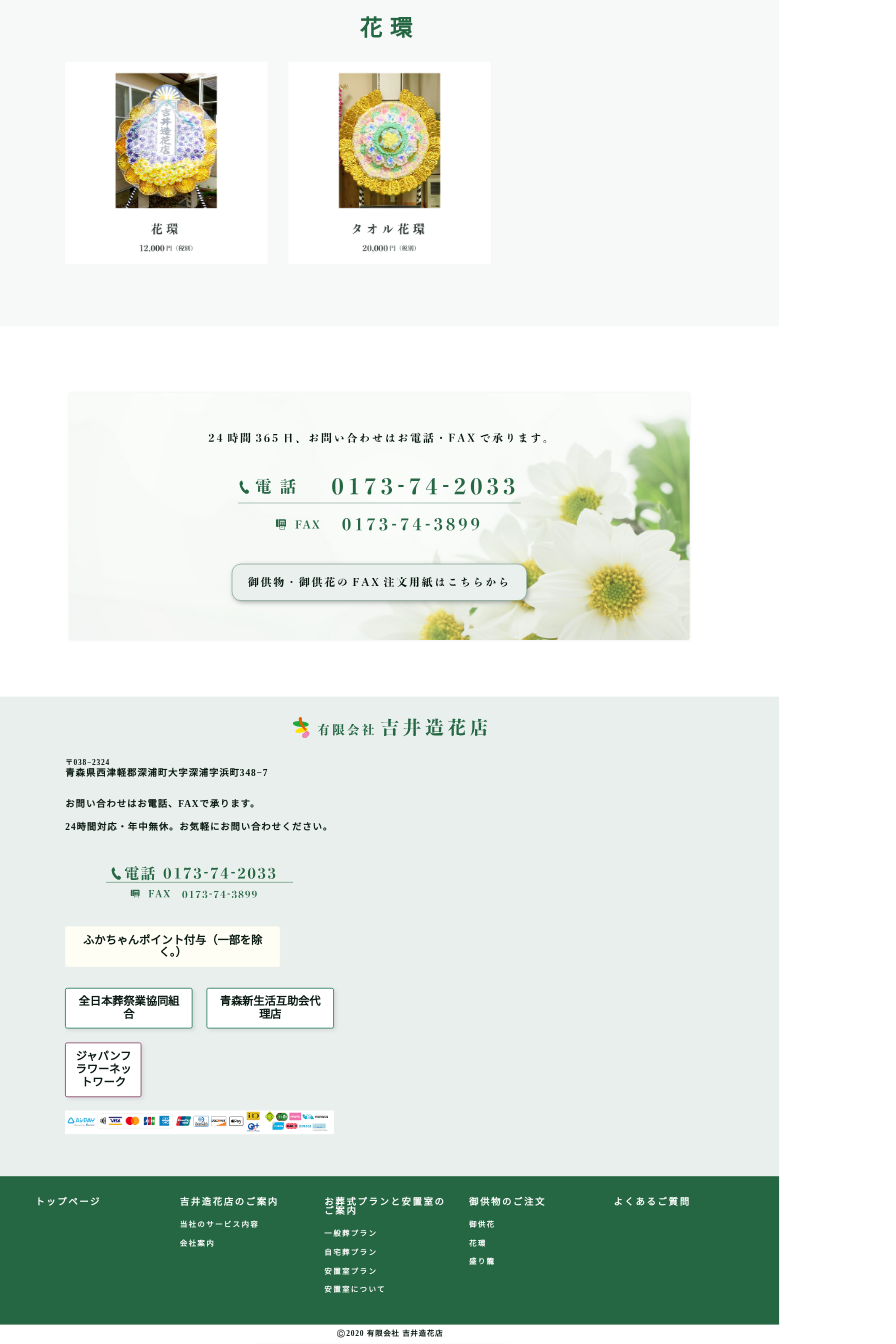
Repository: plus-agc-service-yamauchi/yoshii_scratch_ver3
Page: order.html
An editor plug-in stored every save of this project. The page is shown before and after the next save, followed by the edit.
The browser window is 1280 px wide. The pictures show the part of the page from y = 2095 to 4015 px (the page is 4015 px tall before and 3996 px after), at 70% of full size.
Pictures or frames that could not be fetched are drawn as grey boxes. Some web libraries are served in a nearby version. The style sheet was rebuilt from its Sass, Less or Tailwind sources for each picture, by a compiler version that may differ from the author's.

Above is the page before, as saved 2021-02-04 16:08:54.
Console error (its wording comes from the project's code and is left out).

### order.html
<!DOCTYPE html>
<html lang="ja">

<head>
    <title>御供物・御供花のご注文 | 吉井造花店</title>
    <meta name="description" content="1935（昭和8）年創業。深浦町の皆様に支えられて８０有余年。時代の流れに合わせた様々なお葬式に、まごころ込めてご奉仕させていただきます。">
    <meta charset="utf-8" />
    <meta name="viewport" content="width=device-width, initial-scale=1" />
    <meta property="og:title" content="">
    <meta property="og:type" content="">
    <meta property="og:url" content="">
    <meta property="og:image" content="">
    <link rel="manifest" href="site.webmanifest">
    <link rel="apple-touch-icon" href="icon.png">
    <link rel="icon" type="image/x-icon" href="favicon.ico">
    <link rel="stylesheet" href="css/style.min.css" />
    <link rel="stylesheet" href="css/order.min.css">
    <link rel="stylesheet" href="css/common.min.css" />
    <link rel="stylesheet" href="css/destyle.css" />
</head>

<body>
    <header>
        <!-- SP ヘッダーバー -->
        <div id="headbar">
            <p class="text-main"><a href="index.html"><span>有限会社</span> 吉井造花店</a></p>
        </div>
        <!-- ドロワーナビゲーション -->
        <div id="navArea">
            <nav>
                <div class="inner">
                    <ul class="menu_list">
                        <li><a href="index.html">トップページ</a></li>
                        <li class="nav_item">
                            <a href="#" class="js-dropdown">吉井造花店のご案内<span>&#9662;</span></a>
                            <div class="panel js-dropdown-menu">
                                <ul class="panel-inner">
                                    <li class="panel_item">
                                        <a href="about.html">吉井造花店について</a>
                                    </li>
                                    <li class="panel_item">
                                        <a href="about.html#anchor_1">当社のサービス内容</a>
                                    </li>
                                    <li class="panel_item">
                                        <a href="about.html#anchor_2">会社案内</a>
                                    </li>
                                </ul>
                            </div>
                        </li>
                        <li class="nav_item">
                            <a href="#" class="js-dropdown">お葬式プランと安置室のご案内<span>&#9662;</span></a>
                            <div class="panel js-dropdown-menu">
                                <ul class="panel-inner">
                                    <li class="panel_item">
                                        <a href="plan.html">お葬式プランと安置室のご案内</a>
                                    </li>
                                    <li class="panel_item">
                                        <a href="plan.html#anchor_1">一般葬プラン</a>
                                    </li>
                                    <li class="panel_item">
                                        <a href="plan.html#anchor_2">自宅葬プラン</a>
                                    </li>
                                    <li class="panel_item">
                                        <a href="plan.html#anchor_3">安置室プラン</a>
                                    </li>
                                    <li class="panel_item">
                                        <a href="plan.html#anchor_4">安置室について</a>
                                    </li>
                                </ul>
                            </div>
                        </li>
                        <li class="nav_item">
                            <a href="#" class="js-dropdown">御供物・御供花のご注文<span>&#9662;</span></a>
                            <div class="panel js-dropdown-menu">
                                <ul class="panel-inner">
                                    <li class="panel_item">
                                        <a href="order.html">御供物・御供花のご注文</a>
                                    </li>
                                    <li class="panel_item">
                                        <a href="order.html#anchor_1">御供花</a>
                                    </li>
                                    <li class="panel_item">
                                        <a href="order.html#anchor_2">花環</a>
                                    </li>
                                    <li class="panel_item">
                                        <a href="order.html#anchor_3">盛り籠</a>
                                    </li>
                                </ul>
                            </div>
                        </li>
                        <li><a href="faq.html">よくあるご質問</a></li>
                    </ul>
                    <div class="sp-call spVisible tabHidden pcHidden">
                        <p>24時間365日<br>お問い合わせはお電話・FAXで承ります。</p>
                        <p>お問い合わせはこちら</p>
                        <p><a href="tel:0173-74-2033">&phone; 0173-74-2033</a></p>
                    </div>
                </div>
            </nav>
            <!-- ナビゲーショントグル -->
            <div class="toggle_btn">
                <span></span>
                <span></span>
                <span></span>
            </div>
            <div id="mask"></div>
        </div>
    </header>
    <main>
        <div class="wrapper">
            <div class="left">
                <div class="bg-sub pb30">
                    <div class="mustHead">
                        <img src="img/order_musthead.jpg" alt="御供物・御供花のご注文" class="img100" />
                        <div>
                            <h1>御供物・御供花のご注文</h1>
                        </div>
                    </div>
                    <!-- メインコンテンツ -->
                    <div class="container">
                        <div class="top text-sp-left text-tab-center text-pc-center">
                            <div class="spVisible tabHidden pcHidden">
                                当社では、御供花や御供物、盛り籠のご注文も承ります。掲載は一部の商品です。ご予算に応じて承りますので、お気軽にお問い合わせください。また、花束やアレンジフラワー、鉢植え等もご用意しております。
                            </div>
                            <div class="spHidden tabVisible pcVisible">
                                <p>
                                    当社では、御供花や御供物、盛り籠のご注文も承ります。掲載は一部の商品です。
                                </p>
                                <p>
                                    ご予算に応じて承りますので、お気軽にお問い合わせください。
                                </p>
                                <p>
                                    また、花束やアレンジフラワー、鉢植え等もご用意しております。
                                </p>
                            </div>
                        </div>
                        <div class="text-sp-center text-tab-center text-pc-center mt50 mb30">
                            <h2 id="anchor_1" class="text-main font48">御供花</h2>
                        </div>
                        <div class="grid-sp-1 grid-tab-2 grid-pc-3 grid-row-gap50 grid-col-gap30 mb30">
                            <div>
                                <img src="img/kyouka_1.jpg" alt="" class="img100 img-tab-100 img-pc-100" />
                            </div>
                            <div>
                                <img src="img/kyouka_2.jpg" alt="" class="img100 img-tab-100img-pc-100" />
                            </div>
                            <div>
                                <img src="img/kyouka_3.jpg" alt="" class="img100 img-tab-100img-pc-100" />
                            </div>
                            <div>
                                <img src="img/kyouka_4.jpg" alt="" class="img100 img-tab-100img-pc-100" />
                            </div>
                            <div>
                                <img src="img/kyouka_5.jpg" alt="" class="img100 img-tab-100img-pc-100" />
                            </div>
                        </div>
                        <div class="text-sp-center text-tab-center text-pc-center mt50 mb30">
                            <h2 id="anchor_2" class="text-main font48">盛り籠</h2>
                        </div>
                        <div class="grid-sp-1 grid-tab-2 grid-pc-3 grid-row-gap50 grid-col-gap30 mb30">
                            <div>
                                <img src="img/morikago_1.jpg" alt="" class="img100 img-tab-100 img-pc-100" />
                            </div>
                            <div>
                                <img src="img/morikago_2.jpg" alt="" class="img100 img-tab-100 img-pc-100" />
                            </div>
                            <div>
                                <img src="img/morikago_3.jpg" alt="" class="img100 img-tab-100 img-pc-100" />
                            </div>
                            <div>
                                <img src="img/morikago_4.jpg" alt="" class="img100 img-tab-100 img-pc-100" />
                            </div>
                            <div>
                                <img src="img/morikago_5.jpg" alt="" class="img100 img-tab-100 img-pc-100" />
                            </div>
                        </div>
                        <div class="text-sp-center text-tab-center text-pc-center mt50 mb30">
                            <h2 id="anchor_3" class="text-main font48">花環</h2>
                        </div>
                        <div class="grid-sp-1 grid-tab-2 grid-pc-3 grid-row-gap50 grid-col-gap30 mb30">
                            <div>
                                <img src="img/hanawa_1.jpg" alt="" class="img100 img-tab-100 img-pc-100" />
                            </div>
                            <div>
                                <img src="img/hanawa_2.jpg" alt="" class="img100 img-tab-100 img-pc-100" />
                            </div>
                        </div>
                    </div>
                </div>
                <div class="container pt60 pb60">
                    <a href="pdf/Yoshii__Order_FAX.pdf"><img src="img/call.svg" alt="" class="spHidden tabVisible pcVisible img-pc-100 img-tab-100" /></a>
                    <div class="spVisible tabHidden pcHidden sp_fax">
                        <p class="mb20">24時間365日、お問い合わせはお電話・FAXで承ります。</p>
                        <a href="tel:0173-74-2033"><img src="img/info_call.svg" alt="" class="img100 mb30"></a>
                        <p><a href="pdf/Yoshii__Order_FAX.pdf" class="btn" target="_blank">御供物・御供花の<br>FAX注文用紙はこちらから</a></p>
                    </div>
                </div>
                <div class="info">
                    <div class="container py30">
                        <div class="text-sp-center text-tab-center text-pc-center mb30">
                            <img src="img/logo_h.svg" alt="" class="img70 img-pc-30 img-tab-40" />
                        </div>
                        <div class="grid-1 grid-tab-2 grid-pc-2 grid-col-gap20">
                            <div class="ir text-sp-left text-tab-left text-pc-left">
                                <div class="mb50">
                                    <p class="font-tracking4">〒038−2324</p>
                                    <p class="font-tracking5 mb30">
                                        青森県西津軽郡深浦町大字深浦字浜町348−7
                                    </p>
                                    <p class="font-tracking5 mb20">
                                        お問い合わせはお電話、FAXで承ります。
                                    </p>
                                    <p class="font-tracking5">
                                        24時間対応・年中無休。お気軽にお問い合わせください。
                                    </p>
                                </div>
                                <div class="mb40 text-tab-center text-pc-center">
                                    <a href="tel:0173-74-2033"><img src="img/info_call.svg" alt="" class="img100 img-pc-70 img-tab-80" /></a>
                                </div>
                                <div class="mb30">
                                    <p class="fpoint">ふかちゃんポイント付与（一部を除く。）</p>
                                </div>
                                <div class="grid-sp-2 grid-pc-2 grid-tab-2 grid-row-gap20 grid-col-gap20 mb20">
                                    <a href="https://www.zensoren.or.jp" target="_blank" class="link">全日本葬祭業協同組合</a>
                                    <a href="http://www.younet-aomori.jp/contact.html" target="_blank" class="link">青森新生活互助会代理店</a>
                                    <a href="http://www.jfn87.co.jp/" target="_blank" class="link2">ジャパンフラワーネットワーク</a>
                                </div>
                                <div>
                                    <img src="img/airpay_h.png" alt="" class="img100 img-tab-100 img-pc-100">
                                </div>
                            </div>
                            <div>
                                <iframe src="https://www.google.com/maps/d/u/0/embed?mid=1ebatdI8vkuU5Y1tNTiyKdjtavv3ePw3P&z=16" width="100%" height="480"></iframe>
                            </div>
                        </div>
                    </div>
                </div>
            </div>
            <!-- サイドバー -->
            <div class="right">
                <div class="logoWrapper">
                    <a href="index.html"><img src="img/logo.svg" alt=""></a>
                </div>
                <p id="pageTop"><a href="#">TOP▲</a></p>
                <div class="sideFooter">
                    <span>お問い合わせはこちら</span>
                    <p>
                        <a href="tel:0173-74-2033">&phone; 0173-74-2033</a>
                    </p>
                </div>
            </div>
        </div>
    </main>
    <!-- フッター -->
    <footer>
        <div class="spVisible tabHidden pcHidden">
            <div class="accbox">
                <a class="cssacc" href="index.html"><span>トップページ</span></a>
                <input type="checkbox" id="label2" class="cssacc" />
                <label for="label2">吉井造花店のご案内</label>
                <div class="accshow">
                    <a class="show" href="about.html#anchor_1">当社のサービス内容</a>
                    <a class="show" href="about.html#anchor_2">会社案内</a>
                </div>
                <input type="checkbox" id="label3" class="cssacc" />
                <label for="label3">お葬式プランと安置室のご案内</label>
                <div class="accshow">
                    <a class="show" href="plan.html#anchor_1">一般葬プラン</a>
                    <a class="show" href="plan.html#anchor_2">自宅葬プラン</a>
                    <a class="show" href="plan.html#anchor_3">安置室プラン</a>
                    <a class="show" href="plan.html_anchor_4">安置室について</a>
                </div>
                <input type="checkbox" id="label4" class="cssacc" />
                <label for="label4">御供物・御供花のご注文</label>
                <div class="accshow">
                    <a class="show" href="order.html">御供物・御供花のご注文</a>
                    <a class="show" href="order.html#anchor_1">御供花</a>
                    <a class="show" href="order.html#anchor_2">花環</a>
                    <a class="show" href="order.html#anchor_3">盛り籠</a>
                </div>
                <a class="cssacc" href="faq.html"><span>よくあるご質問</span></a>
            </div>
        </div>
        <div class="spHidden tabVisible pcVisible">
            <div class="footerWrapper grid-1 grid-tab-5 grid-pc-5 grid-col-gap20">
                <ul>
                    <li class="footerHeading"><a href="index.html">トップページ</a></li>
                </ul>
                <ul>
                    <li class="footerHeading">
                        <a href="about.html">吉井造花店のご案内</a></span>
                    </li>
                    <li class="footerItemStart"><a href="about.html#anchor_1">当社のサービス内容</a></li>
                    <li class="footerItem"><a href="about.html#anchor_2">会社案内</a></li>
                </ul>
                <ul>
                    <li class="footerHeading">
                        <a href="plan.html">お葬式プランと安置室のご案内</a></span>
                    </li>
                    <li class="footerItemStart"><a href="plan.html#anchor_1">一般葬プラン</a></li>
                    <li class="footerItem"><a href="plan.html#anchor_2">自宅葬プラン</a></li>
                    <li class="footerItem"><a href="plan.html#anchor_3">安置室プラン</a></li>
                    <li class="footerItem"><a href="plan.html_anchor_4">安置室について</a></li>
                </ul>
                <ul>
                    <li class="footerHeading"><a href="order.html">御供物のご注文</a></li>
                    <li class="footerItemStart"><a href="order.html#anchor_1">御供花</a></li>
                    <li class="footerItem"><a href="order.html#anchor_2">花環</a></li>
                    <li class="footerItem"><a href="order.html#anchor_3">盛り籠</a></li>
                </ul>
                <ul>
                    <li class="footerHeading"> <a href="faq.html">よくあるご質問</a></li>
                </ul>
            </div>
        </div>
    </footer>
    <div class="copy text-center">©️2020 有限会社 吉井造花店</div>
    <script src="http://ajax.googleapis.com/ajax/libs/jquery/2.1.4/jquery.min.js"></script>
    <script src="js/menu.min.js"></script>
    <script src="js/scroll.min.js"></script>
    <script src="js/returnTop.min.js"></script>
    <!-- Google Analytics: change UA-XXXXX-Y to be your site's ID. -->
    <script>
    window.ga = function() { ga.q.push(arguments) };
    ga.q = [];
    ga.l = +new Date;
    ga('create', 'UA-XXXXX-Y', 'auto');
    ga('set', 'anonymizeIp', true);
    ga('set', 'transport', 'beacon');
    ga('send', 'pageview')
    </script>
    <script src="https://www.google-analytics.com/analytics.js" async></script>
</body>

</html>

### css/destyle.css
/*! destyle.css v2.0.2 | MIT License | https://github.com/nicolas-cusan/destyle.css */
*,
::after,
::before {
    box-sizing: border-box;
    border-style: solid;
    border-width: 0
}

html {
    line-height: 1.15;
    -webkit-text-size-adjust: 100%;
    -webkit-tap-highlight-color: transparent
}

body {
    margin: 0
}

main {
    display: block
}

address,
blockquote,
dl,
figure,
form,
iframe,
p,
pre,
table {
    margin: 0
}

h1,
h2,
h3,
h4,
h5,
h6 {
    font-size: inherit;
    line-height: inherit;
    font-weight: inherit;
    margin: 0
}

ol,
ul {
    margin: 0;
    padding: 0;
    list-style: none
}

dt {
    font-weight: 700
}

dd {
    margin-left: 0
}

address {
    font-style: inherit
}

a {
    background-color: transparent;
    text-decoration: none;
    color: inherit
}

abbr[title] {
    text-decoration: underline;
    text-decoration: underline dotted
}

b,
strong {
    font-weight: bolder
}

code,
kbd,
samp {
    font-family: monospace, monospace;
    font-size: inherit
}

small {
    font-size: 80%
}

sub,
sup {
    font-size: 75%;
    line-height: 0;
    position: relative;
    vertical-align: baseline
}

sub {
    bottom: -.25em
}

sup {
    top: -.5em
}

embed,
iframe,
img,
object {
    vertical-align: bottom
}

button,
input,
optgroup,
select,
textarea {
    -webkit-appearance: none;
    appearance: none;
    vertical-align: middle;
    color: inherit;
    font: inherit;
    background: 0 0;
    padding: 0;
    margin: 0;
    outline: 0;
    border-radius: 0;
    text-align: inherit
}

[type=checkbox] {
    -webkit-appearance: checkbox;
    appearance: checkbox
}

[type=radio] {
    -webkit-appearance: radio;
    appearance: radio
}

button,
input {
    overflow: visible
}

button,
select {
    text-transform: none
}

[type=button],
[type=reset],
[type=submit],
button {
    cursor: pointer;
    -webkit-appearance: none;
    appearance: none
}

[type=button][disabled],
[type=reset][disabled],
[type=submit][disabled],
button[disabled] {
    cursor: default
}

[type=button]::-moz-focus-inner,
[type=reset]::-moz-focus-inner,
[type=submit]::-moz-focus-inner,
button::-moz-focus-inner {
    border-style: none;
    padding: 0
}

[type=button]:-moz-focusring,
[type=reset]:-moz-focusring,
[type=submit]:-moz-focusring,
button:-moz-focusring {
    outline: 1px dotted ButtonText
}

select::-ms-expand {
    display: none
}

option {
    padding: 0
}

fieldset {
    margin: 0;
    padding: 0;
    min-width: 0
}

legend {
    color: inherit;
    display: table;
    max-width: 100%;
    padding: 0;
    white-space: normal
}

progress {
    vertical-align: baseline
}

textarea {
    overflow: auto
}

[type=number]::-webkit-inner-spin-button,
[type=number]::-webkit-outer-spin-button {
    height: auto
}

[type=search] {
    outline-offset: -2px
}

[type=search]::-webkit-search-decoration {
    -webkit-appearance: none
}

::-webkit-file-upload-button {
    -webkit-appearance: button;
    font: inherit
}

label[for] {
    cursor: pointer
}

details {
    display: block
}

summary {
    display: list-item
}

[contenteditable] {
    outline: 0
}

table {
    border-collapse: collapse;
    border-spacing: 0
}

caption {
    text-align: left
}

td,
th {
    vertical-align: top;
    padding: 0
}

th {
    text-align: left;
    font-weight: 700
}

template {
    display: none
}

[hidden] {
    display: none
}

### scss/option.scss
.animate__animated.animate__fadeInLeft {
  --animate-duration: 2s;
}
.animate__animated.animate__fadeInRight {
  --animate-duration: 2s;
}

### scss/order.scss
/* デザインA（スマートフォン） */

@media screen and (min-width: 320px) and (max-width: 767px) {}

/* デザインB（タブレット） */
@media screen and (min-width: 600px) and (max-width: 1024px) {}

/* デザインC(PC) */
@media screen and (min-width: 1025px) {}

Loaded but not shown: js/menu.min.js (1 lines, source omitted); js/returnTop.min.js (1 lines, source omitted); js/scroll.min.js (1 lines, source omitted); scss/style.scss (1968 lines, source omitted); scss/common.scss (1581 lines, source omitted)

After the next save:
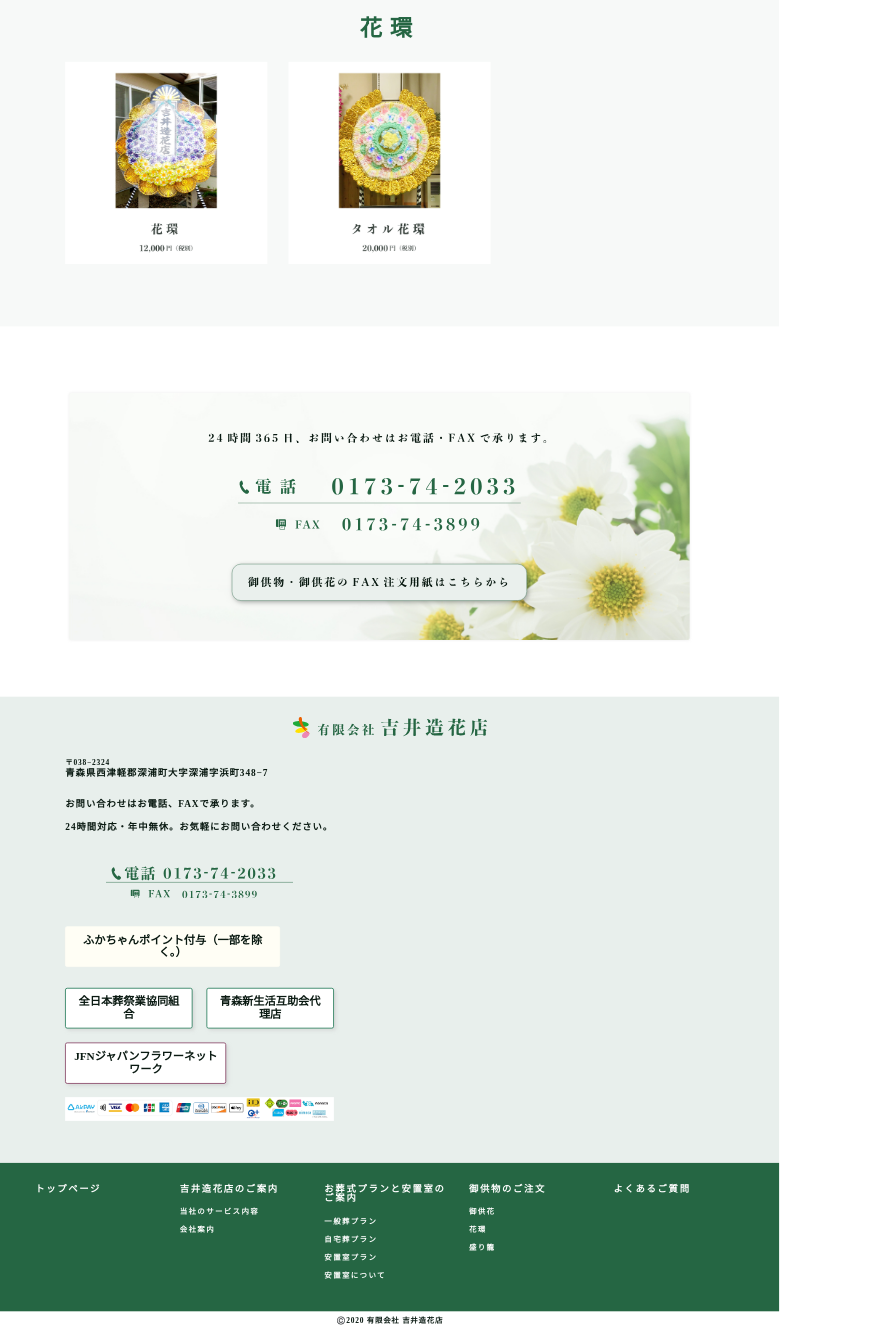
Saved 10 s later.
--- a/order.html
+++ b/order.html
@@ -223,7 +223,9 @@
                                 <div class="grid-sp-2 grid-pc-2 grid-tab-2 grid-row-gap20 grid-col-gap20 mb20">
                                     <a href="https://www.zensoren.or.jp" target="_blank" class="link">全日本葬祭業協同組合</a>
                                     <a href="http://www.younet-aomori.jp/contact.html" target="_blank" class="link">青森新生活互助会代理店</a>
-                                    <a href="http://www.jfn87.co.jp/" target="_blank" class="link2">ジャパンフラワーネットワーク</a>
+                                </div>
+                                <div class="grid-sp-2 grid-pc-1 grid-tab-2 grid-row-gap20 grid-col-gap20 mb20">
+                                    <a href="http://www.jfn87.co.jp/" target="_blank" class="link2">JFNジャパンフラワーネットワーク</a>
                                 </div>
                                 <div>
                                     <img src="img/airpay_h.png" alt="" class="img100 img-tab-100 img-pc-100">
